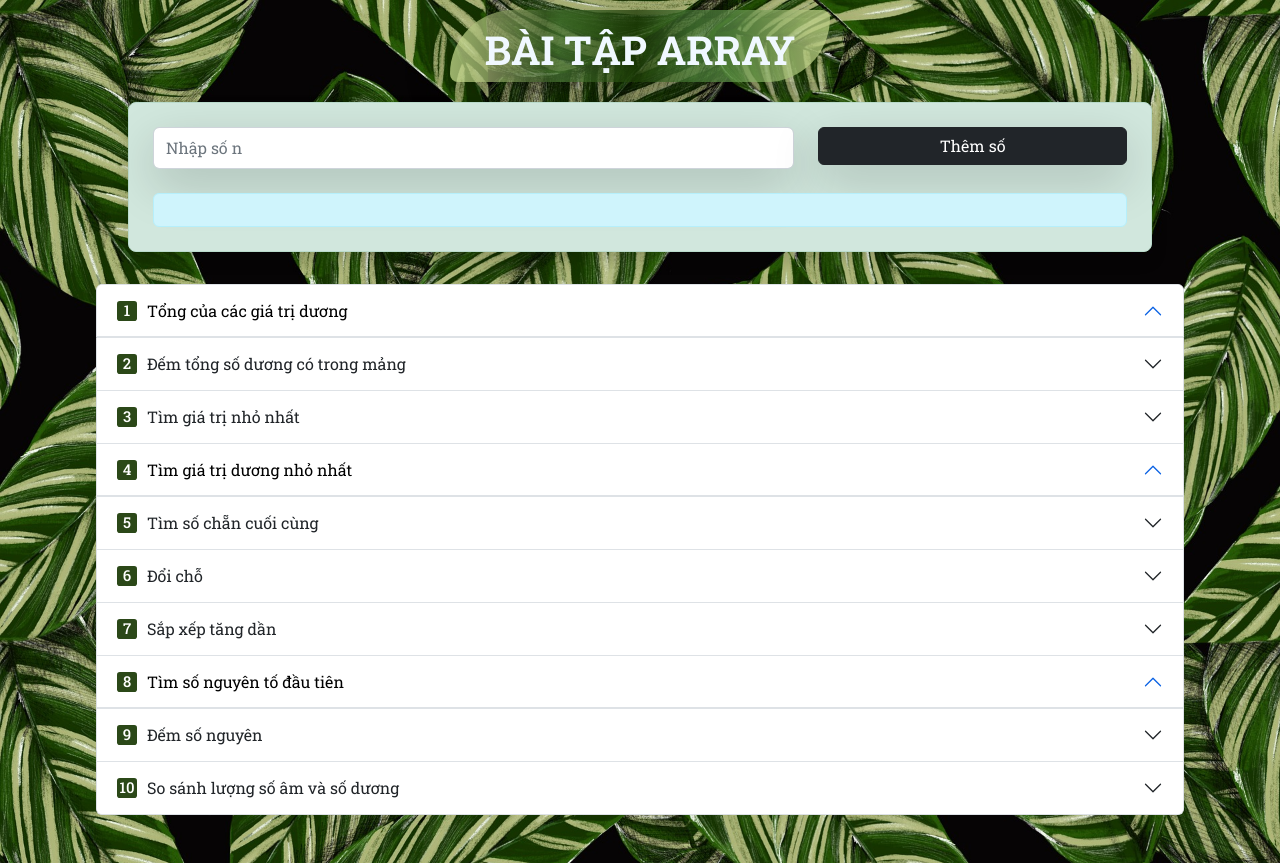
Repository: hcozyph/TranHuuPhuoc_BC43_BT_JS_Buoi7_8_ARRAY
Page: index.html
An editor plug-in stored every save of this project. The page is shown before and after the next save, followed by the edit.
The browser window is 1280 px wide. The pictures show the whole page.
Backgrounds fixed to the window are drawn as part of the page.

Above is the page before, as saved 2023-02-26 13:57:06.

After the next save:
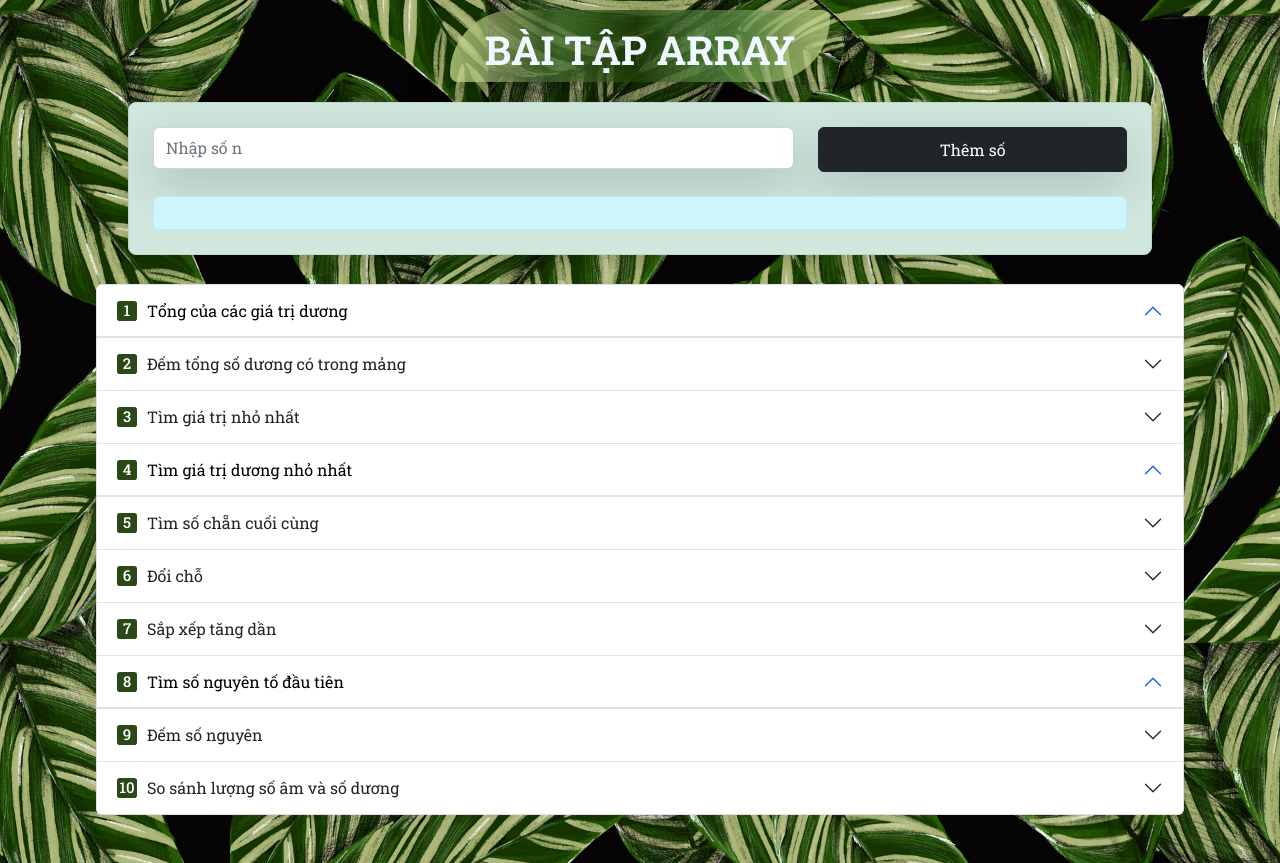
Saved 33 s later.
--- a/css/index.css
+++ b/css/index.css
@@ -118,7 +118,7 @@
         width: 250px;
     }
 
-    #use-btn {
+    #user-btn {
         min-height: 45px;
     }
 }
